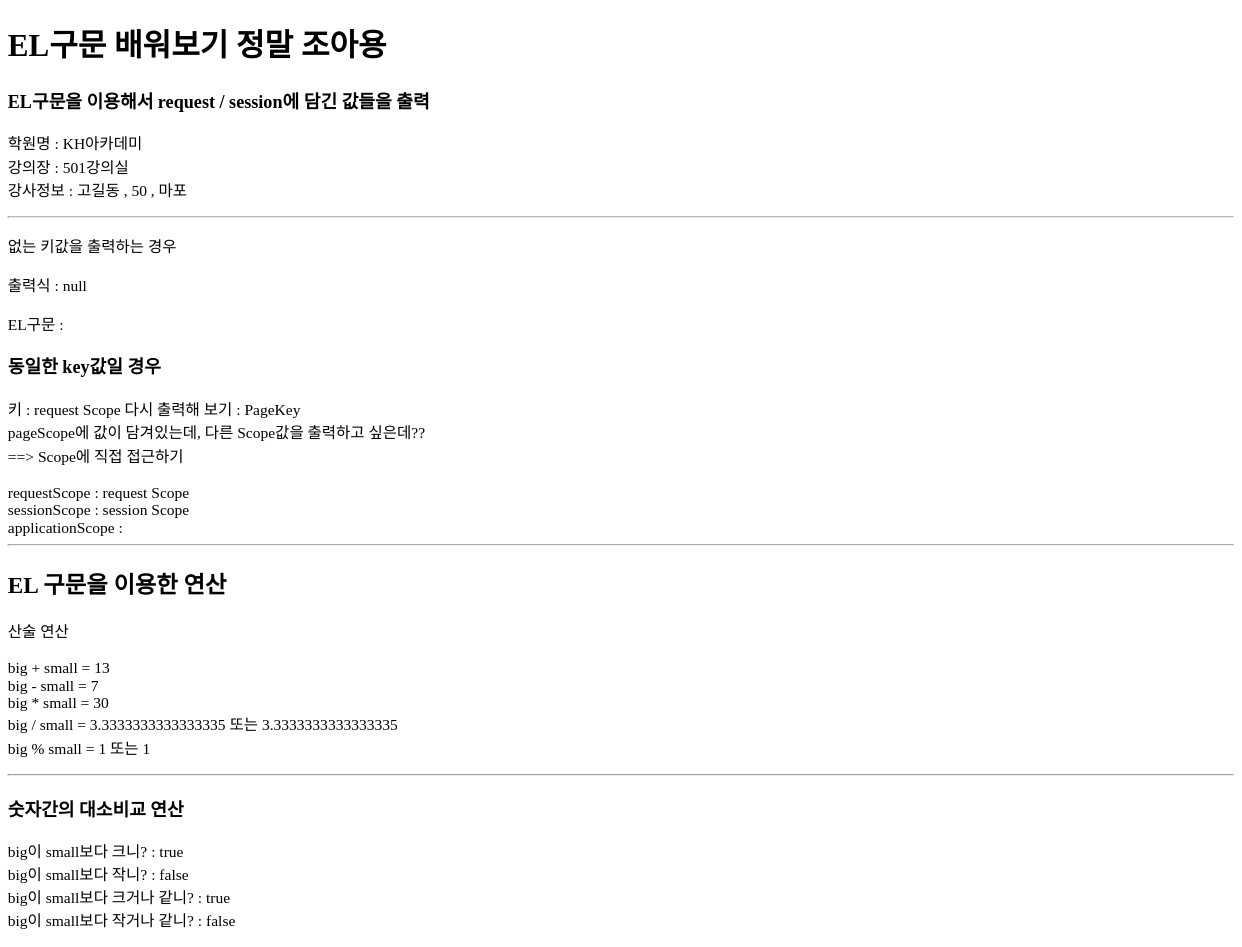
Repository: rlaehqkf/java_practice
Page: http://localhost/ActionProject/el.do
The author's editor kept a copy of each file at every save. The page is drawn from the files as they stood at one save, then again after the next save.
The browser window is 1280 px wide. The pictures show the whole page, at 97% of full size.
The page is served by Tomcat 9.

Above is the page before, as saved 2026-05-06 06:30:42.

After the next save:
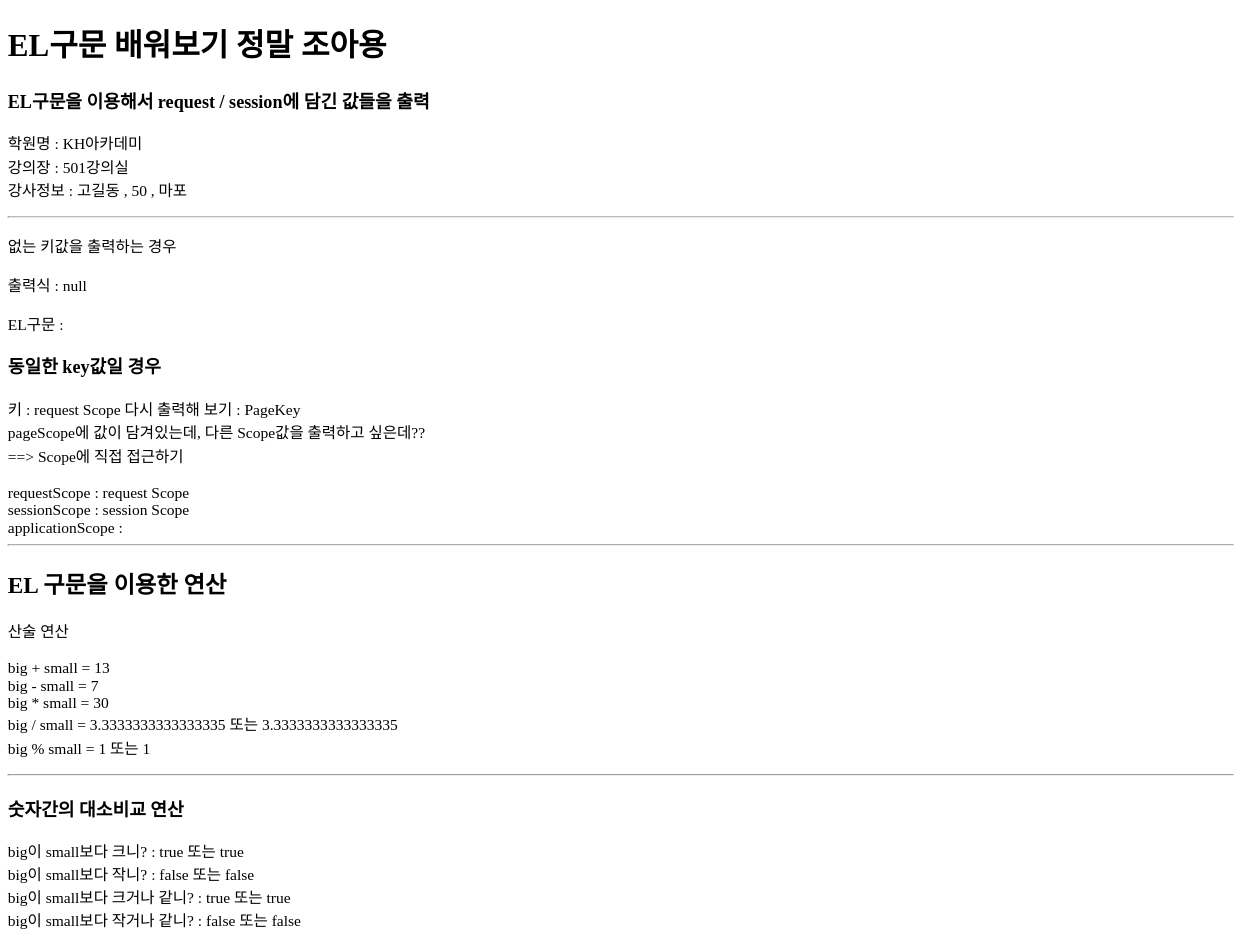
Saved 59 s later.
--- a/ActionProject/src/main/webapp/WEB-INF/views/01_el.jsp
+++ b/ActionProject/src/main/webapp/WEB-INF/views/01_el.jsp
@@ -108,10 +108,10 @@
 	<h3>숫자간의 대소비교 연산</h3>
 
 	<p>
-		big이 small보다 크니? : ${ big > small } <br>
-		big이 small보다 작니? : ${ big < small } <br>
-		big이 small보다 크거나 같니? : ${ big >= small } <br>
-		big이 small보다 작거나 같니? : ${ big <= small } <br>
+		big이 small보다 크니? : ${ big > small } 또는 ${ big gt small }<br>
+		big이 small보다 작니? : ${ big < small } 또는 ${ big lt small }<br>
+		big이 small보다 크거나 같니? : ${ big >= small } 또는 ${ big ge small }<br>
+		big이 small보다 작거나 같니? : ${ big <= small } 또는 ${ big le small }<br>
 	</p>
 
 
